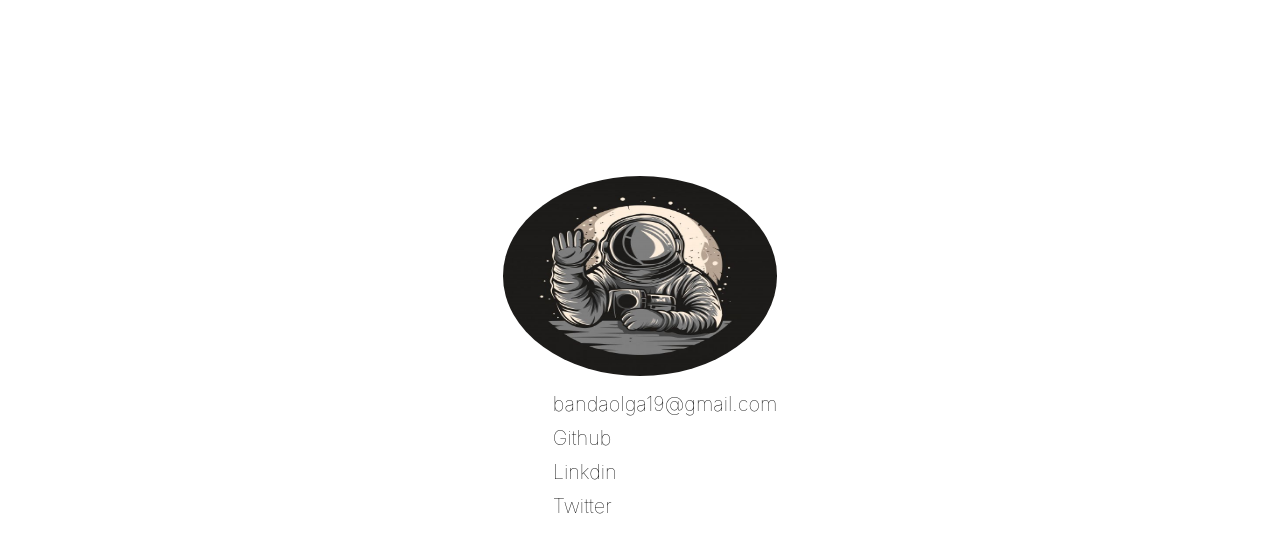
Repository: G1ft-Banda/My-portfolio-Website
Page: /
An editor plug-in stored every save of this project. The page is shown before and after the next save, followed by the edit.
The browser window is 1280 px wide. The pictures show the whole page.
The project was rebuilt for these pictures with package versions that can differ from the ones it lists, and the page was loaded fresh each time. The framework's server and built-in components were replaced by stand-ins that run in the browser. Also part of the build but not shown: next.config.js.

Above is the page before, as saved 2022-09-29 11:00:45.

### pages/_app.js
import "../styles/globals.css";
import Head from "next/head";

function MyApp({ Component, pageProps }) {
  return (
    <>
      <Head>
        <script
          src="https://kit.fontawesome.com/d14a45b8f3.js"
          crossorigin="anonymous"
        ></script>
      </Head>
      <Component {...pageProps} />
    </>
  );
}

export default MyApp;

### pages/index.js
import Head from "next/head";
import Image from "next/image";

export default function Home() {
  return (
    <div>
      <Head>
        <title>Create Next App</title>
        <meta name="description" content="Generated by create next app" />
        <link rel="icon" href="/favicon.ico" />
      </Head>
      <main>
        <Image
          className="avatar"
          src="/astronaut.jpg"
          width={200}
          height={200}
        />
        <ul>
          <li className="social-links">
            <i class="fa-solid fa-envelope"></i>
            <a href="#">bandaolga19@gmail.com</a>
          </li>
          <li className="social-links">
            <i class="fa-brands fa-github"></i>
            <a href="#">Github</a>
          </li>
          <li className="social-links">
            <i class="fa-brands fa-linkedin"></i>
            <a href="#">Linkdin</a>
          </li>
          <li className="social-links">
            <i class="fa-brands fa-twitter"></i>
            <a href="#">Twitter</a>
          </li>
        </ul>
      </main>
    </div>
  );
}

### styles/globals.css
html,
body {
  padding: 0;
  margin: 0;
  font-family: -apple-system, BlinkMacSystemFont, Segoe UI, Roboto, Oxygen,
    Ubuntu, Cantarell, Fira Sans, Droid Sans, Helvetica Neue, sans-serif;
}

a {
  color: inherit;
  text-decoration: none;
}

* {
  box-sizing: border-box;
}

main {
  min-width: 100vw;
  min-height: 100vh;
  display: grid;
  place-content: center;
}

.avatar {
  border-radius: 50%;
  max-width: fit-content;
}

.social-links {
  text-decoration: none;
  font-size: 20px;
  display: flex;
  gap: 10px;
  align-items: center;
  font-weight: 100;
  padding-bottom: 10px;
}

.social-links > i {
  font-size: 25px;
  font-weight: 100;
}

@media (prefers-color-scheme: dark) {
  html {
    color-scheme: dark;
  }
  body {
    color: white;
    background: black;
  }
}

After the next save:
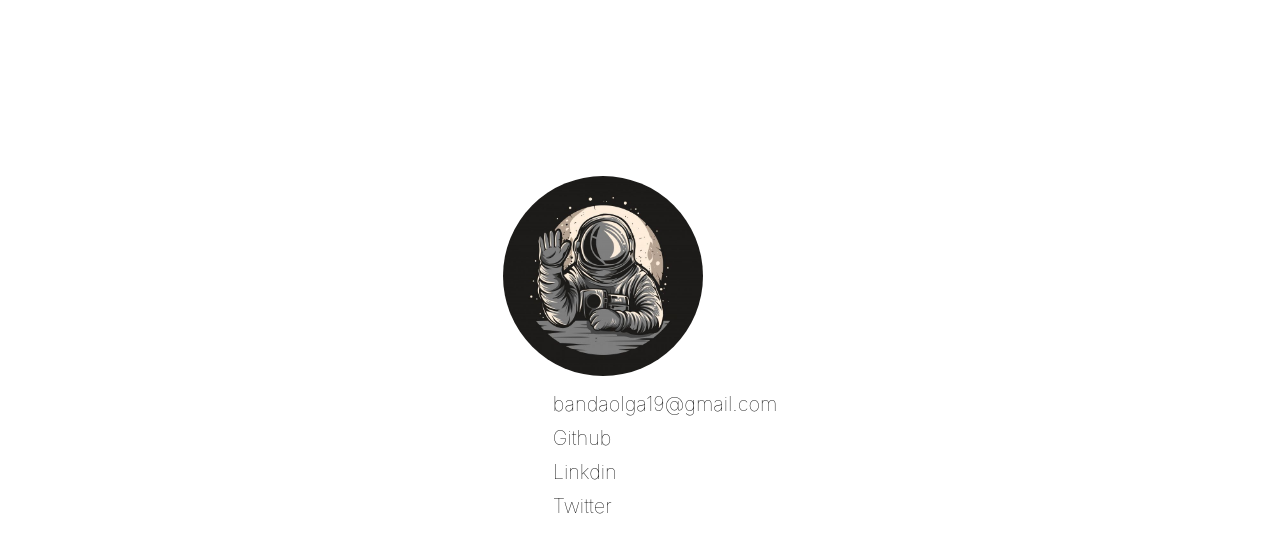
Saved 14 s later.
--- a/pages/index.js
+++ b/pages/index.js
@@ -10,12 +10,7 @@ export default function Home() {
         <link rel="icon" href="/favicon.ico" />
       </Head>
       <main>
-        <Image
-          className="avatar"
-          src="/astronaut.jpg"
-          width={200}
-          height={200}
-        />
+        <img className="avatar" src="/astronaut.jpg" width={200} height={200} />
         <ul>
           <li className="social-links">
             <i class="fa-solid fa-envelope"></i>
